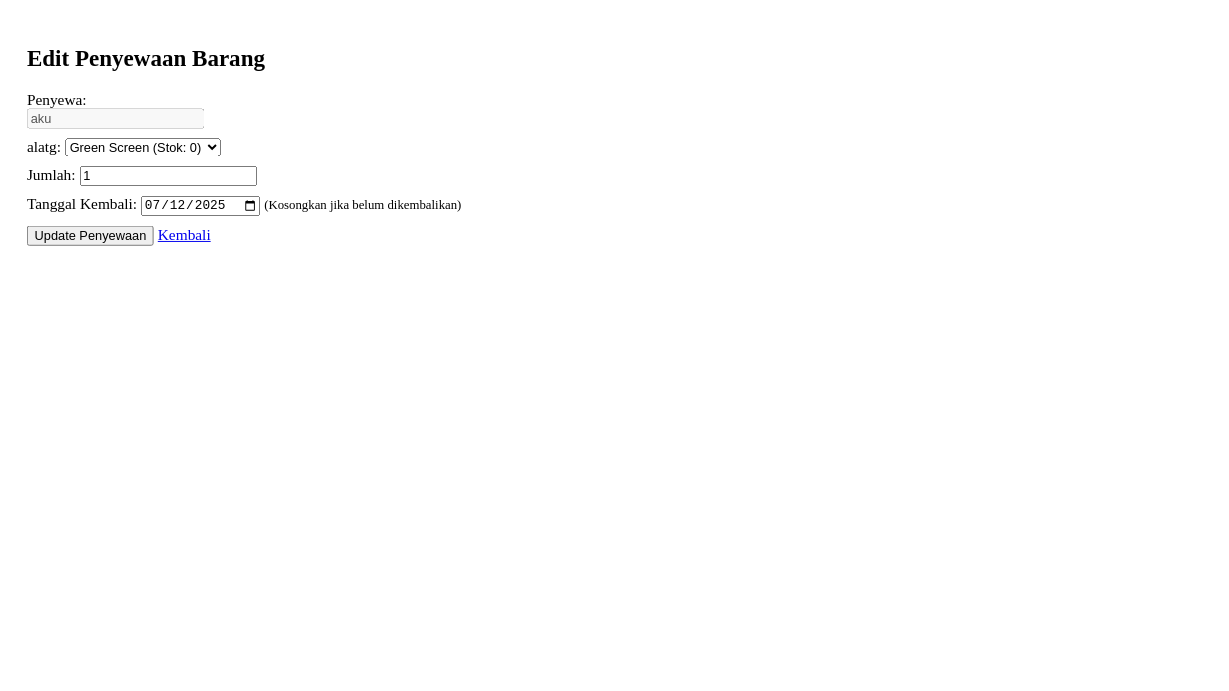
Repository: fatkquladhim/multimedia_app
Page: http://localhost/admin/penyewaan/edit-barang-penyewaan.php?id=6
These files come from the project's save history. The page is drawn as it stood at one moment and after the next save; the edit follows.
The browser window is 1280 px wide. The pictures show the whole page, at 96% of full size.
Some web libraries are served in a nearby version. The page is run by PHP 8.4 with error messages shown; the project is at /var/www/html/. The session is filled in as if someone had signed in: {"user_id": 2, "username": "asep", "role": "admin"}. Other server files are loaded and not shown. The database holds what the project's SQL file puts in it.

Above is the page before, as saved 2025-07-18 23:01:56.

### admin/penyewaan/edit-barang-penyewaan.php
<?php
session_start();
if (!isset($_SESSION['user_id']) || $_SESSION['role'] !== 'admin') {
    header('Location: ../../auth/login.php');
    exit;
}

require_once '../../includes/db_config.php';
$conn = new mysqli(DB_HOST, DB_USER, DB_PASS, DB_NAME);

// Ambil data penyewaan yang akan diedit
if (isset($_GET['id'])) {
    $id = $_GET['id'];
    $stmt = $conn->prepare("SELECT pb.*, a.nama as nama_anggota, al.nama_alat as nama_alat
                           FROM penyewaan_barang pb
                           LEFT JOIN anggota a ON pb.id_anggota = a.id
                           LEFT JOIN alat al ON pb.id_alat = al.id
                           WHERE pb.id = ?");
    $stmt->bind_param("i", $id);
    $stmt->execute();
    $result = $stmt->get_result();
    $penyewaan = $result->fetch_assoc();

    if (!$penyewaan) {
        header("Location: penyewaan-barang.php?status=error&message=Penyewaan tidak ditemukan");
        exit;
    }
}

// Ambil daftar alat untuk form edit
$query_alat = "SELECT id, nama_alat, jumlah FROM alat ORDER BY nama_alat";
$alat = $conn->query($query_alat);

// Proses form edit
if ($_SERVER['REQUEST_METHOD'] === 'POST') {
    $id = $_POST['id'];
    $id_alat_lama = $_POST['id_alat_lama'];
    $jumlah_lama = $_POST['jumlah_lama'];
    $id_alat_baru = $_POST['id_alat'];
    $jumlah_baru = $_POST['jumlah'];
    $tanggal_kembali = $_POST['tanggal_kembali'];

    // Mulai transaction
    $conn->begin_transaction();

    try {
        // Kembalikan stok lama
        $stmt = $conn->prepare("UPDATE alat SET jumlah = jumlah + ? WHERE id = ?");
        $stmt->bind_param("ii", $jumlah_lama, $id_alat_lama);
        $stmt->execute();

        // Validasi stok baru
        $stmt = $conn->prepare("SELECT jumlah FROM alat WHERE id = ?");
        $stmt->bind_param("i", $id_alat_baru);
        $stmt->execute();
        $result_stok = $stmt->get_result();
        $stok = $result_stok->fetch_assoc();

        if ($stok['jumlah'] >= $jumlah_baru) {
            // Update penyewaan
            $stmt = $conn->prepare("UPDATE penyewaan_barang SET id_alat = ?, jumlah = ?, tanggal_kembali = ? WHERE id = ?");
            $stmt->bind_param("iisi", $id_alat_baru, $jumlah_baru, $tanggal_kembali, $id);
            $stmt->execute();

            // Kurangi stok baru
            $stmt = $conn->prepare("UPDATE alat SET jumlah = jumlah - ? WHERE id = ?");
            $stmt->bind_param("ii", $jumlah_baru, $id_alat_baru);
            $stmt->execute();

            $conn->commit();
            header("Location: penyewaan-barang.php?status=success&message=Penyewaan berhasil diupdate");
            exit;
        } else {
            throw new Exception("Stok tidak mencukupi");
        }
    } catch (Exception $e) {
        $conn->rollback();
        header("Location: edit-barang-penyewaan.php?id=$id&status=error&message=" . $e->getMessage());
        exit;
    }
}
?>

<!DOCTYPE html>
<html>
<head>
    <title>Edit Penyewaan Barang</title>
    <style>
        .container { padding: 20px; }
        .form-group { margin-bottom: 10px; }
        .alert { padding: 10px; margin-bottom: 10px; border-radius: 4px; }
        .alert-success { background-color: #d4edda; color: #155724; }
        .alert-danger { background-color: #f8d7da; color: #721c24; }
    </style>
</head>
<body>
    <div class="container">
        <h2>Edit Penyewaan Barang</h2>

        <?php if (isset($_GET['status']) && isset($_GET['message'])): ?>
            <div class="alert alert-<?php echo $_GET['status'] === 'success' ? 'success' : 'danger'; ?>">
                <?php echo htmlspecialchars($_GET['message']); ?>
            </div>
        <?php endif; ?>

        <form method="POST">
            <input type="hidden" name="id" value="<?php echo $penyewaan['id']; ?>">
            <input type="hidden" name="id_alat_lama" value="<?php echo $penyewaan['id_alat']; ?>">
            <input type="hidden" name="jumlah_lama" value="<?php echo $penyewaan['jumlah']; ?>">

            <div class="form-group">
                <label>Penyewa:</label><br>
                <?php if ($penyewaan['tipe_penyewa'] === 'umum'): ?>
                    <input type="text" value="<?php echo htmlspecialchars($penyewaan['nama_penyewa']); ?>" disabled>
                <?php else: ?>
                    <input type="text" value="<?php echo htmlspecialchars($penyewaan['nama_anggota']); ?>" disabled>
                <?php endif; ?>
            </div>

            <div class="form-group">
                <label>alatg:</label>
                <select name="id_alat" required>
                    <?php
                    while($row = $alat->fetch_assoc()):
                        $selected = ($row['id'] === $penyewaan['id_alat']) ? 'selected' : '';
                    ?>
                        <option value="<?php echo $row['id']; ?>" <?php echo $selected; ?>>
                            <?php echo htmlspecialchars($row['nama_alat']); ?>
                            (Stok: <?php echo $row['jumlah'] + ($row['id'] === $penyewaan['id_alat'] ? $penyewaan['jumlah'] : 0); ?>)
                        </option>
                    <?php endwhile; ?>
                </select>
            </div>

            <div class="form-group">
                <label>Jumlah:</label>
                <input type="number" name="jumlah" value="<?php echo $penyewaan['jumlah']; ?>" min="1" required>
            </div>

            <div class="form-group">
                <label>Tanggal Kembali:</label>
                <input type="date" name="tanggal_kembali" value="<?php echo $penyewaan['tanggal_kembali']; ?>">
                <small>(Kosongkan jika belum dikembalikan)</small>
            </div>

            <button type="submit">Update Penyewaan</button>
            <a href="penyewaan-barang.php">Kembali</a>
        </form>
    </div>
</body>
</html>

<?php $conn->close(); ?>

### includes/db_config.php
<?php
// Konfigurasi database
define('DB_HOST', 'localhost');
define('DB_USER', 'root'); // ganti jika user database Anda berbeda
define('DB_PASS', '');     // ganti jika ada password database
define('DB_NAME', 'db_multimedia'); // nama database
?>

### db_multimedia (2).sql (the tables this page reads)
CREATE TABLE `alat` (
  `id` int(11) NOT NULL,
  `nama_alat` varchar(100) NOT NULL,
  `jumlah` int(11) DEFAULT 0,
  `kondisi` varchar(50) DEFAULT NULL
) ENGINE=InnoDB DEFAULT CHARSET=utf8mb4 COLLATE=utf8mb4_general_ci;

INSERT INTO `alat` (`id`, `nama_alat`, `jumlah`, `kondisi`) VALUES
(2, 'sapu', 1, 'Baik'),
(3, 'Kamera DSLR', 1, 'Baik'),
(4, 'Tripod', 8, 'Baik'),
(5, 'Lighting Set', 1, 'Baik'),
(6, 'Microphone', 2, 'Baik'),
(7, 'Green Screen', 0, 'Baik');

ALTER TABLE `alat`
  ADD PRIMARY KEY (`id`);

ALTER TABLE `alat`
  MODIFY `id` int(11) NOT NULL AUTO_INCREMENT, AUTO_INCREMENT=9;

CREATE TABLE `anggota` (
  `id` int(11) NOT NULL,
  `nama` varchar(255) NOT NULL,
  `foto` varchar(255) NOT NULL,
  `alamat` text NOT NULL,
  `email` varchar(255) NOT NULL,
  `no_hp` varchar(15) NOT NULL,
  `id_user` int(11) NOT NULL
) ENGINE=InnoDB DEFAULT CHARSET=utf8mb4 COLLATE=utf8mb4_general_ci;

INSERT INTO `anggota` (`id`, `nama`, `foto`, `alamat`, `email`, `no_hp`, `id_user`) VALUES
(21, 'adhim1', 'Feed IG Zapen (Harlah).jpg', 'maloang', 'fatquladhim@gmail.com', '8925489', 21);

ALTER TABLE `anggota`
  ADD PRIMARY KEY (`id`),
  ADD KEY `id_user` (`id_user`);

ALTER TABLE `anggota`
  MODIFY `id` int(11) NOT NULL AUTO_INCREMENT, AUTO_INCREMENT=23;

ALTER TABLE `anggota`
  ADD CONSTRAINT `anggota_ibfk_1` FOREIGN KEY (`id_user`) REFERENCES `users` (`id`) ON DELETE CASCADE;

CREATE TABLE `penyewaan_barang` (
  `id` int(11) NOT NULL,
  `id_anggota` int(11) DEFAULT NULL,
  `id_alat` int(11) DEFAULT NULL,
  `tanggal_sewa` date DEFAULT NULL,
  `tanggal_kembali` date DEFAULT NULL,
  `jumlah` int(11) DEFAULT NULL,
  `status` enum('disewa','dikembalikan') DEFAULT 'disewa',
  `biaya` decimal(10,2) DEFAULT NULL,
  `tipe_penyewa` enum('anggota','umum') DEFAULT 'anggota',
  `nama_penyewa` varchar(100) DEFAULT NULL,
  `kontak_penyewa` varchar(50) DEFAULT NULL
) ENGINE=InnoDB DEFAULT CHARSET=utf8mb4 COLLATE=utf8mb4_general_ci;

INSERT INTO `penyewaan_barang` (`id`, `id_anggota`, `id_alat`, `tanggal_sewa`, `tanggal_kembali`, `jumlah`, `status`, `biaya`, `tipe_penyewa`, `nama_penyewa`, `kontak_penyewa`) VALUES
(1, NULL, 7, '2025-07-11', '2025-07-11', 1, 'dikembalikan', 2000.00, 'umum', 'aku', '1'),
(2, NULL, 3, '2025-07-11', '2025-07-11', 1, 'dikembalikan', 12000.00, 'umum', 'aku', '1'),
(3, NULL, 3, '2025-07-11', '2025-07-11', 1, 'dikembalikan', 12000.00, 'umum', 'aku', '1'),
(4, NULL, 3, '2025-07-11', '2025-07-11', 1, 'dikembalikan', 12000.00, 'umum', 'aku', '1'),
(5, NULL, 3, '2025-07-11', '2025-07-11', 1, 'dikembalikan', 12000.00, 'umum', 'aku', '1'),
(6, NULL, 5, '2025-07-12', '2025-07-12', 1, 'dikembalikan', 12000.00, 'umum', 'aku', '1');

ALTER TABLE `penyewaan_barang`
  ADD PRIMARY KEY (`id`),
  ADD KEY `id_anggota` (`id_anggota`),
  ADD KEY `id_alat` (`id_alat`);

ALTER TABLE `penyewaan_barang`
  MODIFY `id` int(11) NOT NULL AUTO_INCREMENT, AUTO_INCREMENT=8;

ALTER TABLE `penyewaan_barang`
  ADD CONSTRAINT `penyewaan_barang_ibfk_1` FOREIGN KEY (`id_anggota`) REFERENCES `anggota` (`id`),
  ADD CONSTRAINT `penyewaan_barang_ibfk_2` FOREIGN KEY (`id_alat`) REFERENCES `alat` (`id`);

### admin/sidebar.php
    <?php
    // includes/sidebar.php
    // Pastikan session sudah dimulai di file yang meng-include ini
    // if (!isset($_SESSION['user_id']) || $_SESSION['role'] !== 'admin') {
    //     header('Location: ../auth/login.php');
    //     exit;
    // }
    ?>
    <div id="sidebar" class="w-64 bg-white dark:bg-slate-800 shadow-xl flex-shrink-0 sidebar transition-all duration-300 overflow-hidden glass-effect">
        <div class="p-4 flex items-center justify-between border-b border-light-blue-100 dark:border-slate-700">
            <div class="flex items-center space-x-3">
                <div class="w-10 h-10 bg-light-blue-500 rounded-lg flex items-center justify-center">
                    <i class="fas fa-home text-white text-xl"></i>
                </div>
                <h1 class="text-xl font-bold text-gray-800 dark:text-white">Multimedia</h1>
            </div>
            <button id="closeSidebar" class="md:hidden p-2 text-gray-500 hover:text-gray-700 dark:text-gray-400 dark:hover:text-gray-200">
                <i class="fas fa-times"></i>
            </button>
        </div>

        <nav class="mt-6 px-4">
            <div class="space-y-2">
                <a href="../dashboard.php" class="flex items-center px-4 py-3 text-light-blue-600 bg-light-blue-50 dark:bg-light-blue-900 dark:text-light-blue-300 rounded-lg sidebar-nav-item hover-scale">
                    <i class="fas fa-tachometer-alt w-5 h-5 mr-3"></i>
                    <span class="font-medium">Dashboard</span>
                </a>

                <a href="../anggota/anggota.php" class="flex items-center px-4 py-3 text-gray-600 dark:text-gray-300 hover:text-light-blue-600 dark:hover:text-light-blue-400 hover:bg-light-blue-50 dark:hover:bg-slate-700 rounded-lg sidebar-nav-item hover-scale">
                    <i class="fas fa-users w-5 h-5 mr-3"></i>
                    <span class="font-medium">Manajemen Anggota</span>
                </a>

                <a href="../daftar alat/daftar-alat.php" class="flex items-center px-4 py-3 text-gray-600 dark:text-gray-300 hover:text-light-blue-600 dark:hover:text-light-blue-400 hover:bg-light-blue-50 dark:hover:bg-slate-700 rounded-lg sidebar-nav-item hover-scale">
                    <i class="fas fa-tools w-5 h-5 mr-3"></i>
                    <span class="font-medium">Manajemen Alat</span>
                </a>

                <a href="../peminjaman/peminjaman-barang.php" class="flex items-center px-4 py-3 text-gray-600 dark:text-gray-300 hover:text-light-blue-600 dark:hover:text-light-blue-400 hover:bg-light-blue-50 dark:hover:bg-slate-700 rounded-lg sidebar-nav-item hover-scale">
                    <i class="fas fa-handshake w-5 h-5 mr-3"></i>
                    <span class="font-medium">Peminjaman Barang</span>
                </a>

                <a href="../penyewaan/penyewaan-barang.php" class="flex items-center px-4 py-3 text-gray-600 dark:text-gray-300 hover:text-light-blue-600 dark:hover:text-light-blue-400 hover:bg-light-blue-50 dark:hover:bg-slate-700 rounded-lg sidebar-nav-item hover-scale">
                    <i class="fas fa-cash-register w-5 h-5 mr-3"></i>
                    <span class="font-medium">Penyewaan Barang</span>
                </a>

                <a href="../legalisasi laptop/legalisasi_list.php" class="flex items-center px-4 py-3 text-gray-600 dark:text-gray-300 hover:text-light-blue-600 dark:hover:text-light-blue-400 hover:bg-light-blue-50 dark:hover:bg-slate-700 rounded-lg sidebar-nav-item hover-scale">
                    <i class="fas fa-laptop w-5 h-5 mr-3"></i>
                    <span class="font-medium">Legalisasi Laptop</span>
                </a>
            </div>

            <div class="mt-8 mb-4">
                <h3 class="px-4 text-xs font-semibold text-gray-500 dark:text-gray-400 uppercase tracking-wider">
                    Tugas & Izin
                </h3>
            </div>

            <div class="space-y-2">
                <a href="../beri tugas/beri_tugas_form.php" class="flex items-center px-4 py-3 text-gray-600 dark:text-gray-300 hover:text-light-blue-600 dark:hover:text-light-blue-400 hover:bg-light-blue-50 dark:hover:bg-slate-700 rounded-lg sidebar-nav-item hover-scale">
                    <i class="fas fa-clipboard-list w-5 h-5 mr-3"></i>
                    <span class="font-medium">Beri Tugas</span>
                </a>

                <a href="../beri tugas/tugas_selesai_riwayat.php" class="flex items-center px-4 py-3 text-gray-600 dark:text-gray-300 hover:text-light-blue-600 dark:hover:text-light-blue-400 hover:bg-light-blue-50 dark:hover:bg-slate-700 rounded-lg sidebar-nav-item hover-scale">
                    <i class="fas fa-check-double w-5 h-5 mr-3"></i>
                    <span class="font-medium">Riwayat Tugas</span>
                </a>

                <a href="../izin_malam/izin-malam.php" class="flex items-center px-4 py-3 text-gray-600 dark:text-gray-300 hover:text-light-blue-600 dark:hover:text-light-blue-400 hover:bg-light-blue-50 dark:hover:bg-slate-700 rounded-lg sidebar-nav-item hover-scale">
                    <i class="fas fa-moon w-5 h-5 mr-3"></i>
                    <span class="font-medium">Izin Malam</span>
                </a>

                <a href="../izin_nugas/izin-nugas.php" class="flex items-center px-4 py-3 text-gray-600 dark:text-gray-300 hover:text-light-blue-600 dark:hover:text-light-blue-400 hover:bg-light-blue-50 dark:hover:bg-slate-700 rounded-lg sidebar-nav-item hover-scale">
                    <i class="fas fa-book-open w-5 h-5 mr-3"></i>
                    <span class="font-medium">Izin Nugas</span>
                </a>
            </div>

            <div class="mt-8 mb-4">
                <h3 class="px-4 text-xs font-semibold text-gray-500 dark:text-gray-400 uppercase tracking-wider">
                    Keuangan
                </h3>
            </div>

            <div class="space-y-2">
                <a href="../uang masuk/masuk.php" class="flex items-center px-4 py-3 text-gray-600 dark:text-gray-300 hover:text-light-blue-600 dark:hover:text-light-blue-400 hover:bg-light-blue-50 dark:hover:bg-slate-700 rounded-lg sidebar-nav-item hover-scale">
                    <i class="fas fa-money-bill-alt w-5 h-5 mr-3"></i>
                    <span class="font-medium">Uang Masuk</span>
                </a>

                <a href="../uang keluar/keluar.php" class="flex items-center px-4 py-3 text-gray-600 dark:text-gray-300 hover:text-light-blue-600 dark:hover:text-light-blue-400 hover:bg-light-blue-50 dark:hover:bg-slate-700 rounded-lg sidebar-nav-item hover-scale">
                    <i class="fas fa-money-bill-wave w-5 h-5 mr-3"></i>
                    <span class="font-medium">Uang Keluar</span>
                </a>
            </div>

            <div class="mt-8 mb-4">
                <h3 class="px-4 text-xs font-semibold text-gray-500 dark:text-gray-400 uppercase tracking-wider">
                    Akun
                </h3>
            </div>

            <div class="space-y-2">
                <a href="../auth/logout.php" class="flex items-center px-4 py-3 text-red-600 dark:text-red-400 hover:text-red-700 dark:hover:text-red-300 hover:bg-red-50 dark:hover:bg-red-900 rounded-lg sidebar-nav-item hover-scale">
                    <i class="fas fa-sign-out-alt w-5 h-5 mr-3"></i>
                    <span class="font-medium">Logout</span>
                </a>
            </div>
        </nav>
    </div>

Loaded but not shown: admin/header.php (172 lines, source omitted)

After the next save:
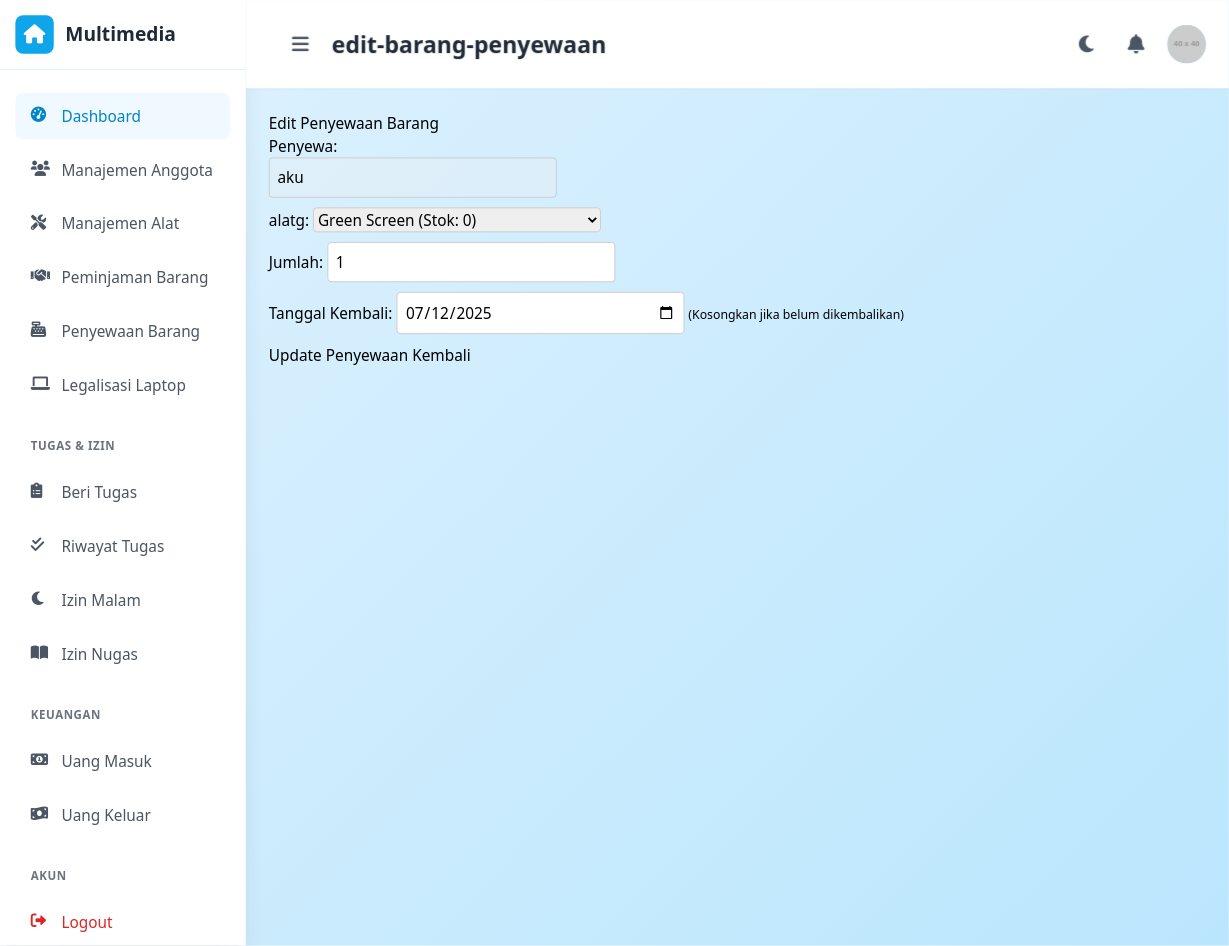
Saved 12 s later.
--- a/admin/penyewaan/edit-barang-penyewaan.php
+++ b/admin/penyewaan/edit-barang-penyewaan.php
@@ -79,21 +79,9 @@ if ($_SERVER['REQUEST_METHOD'] === 'POST') {
         exit;
     }
 }
-?>
 
-<!DOCTYPE html>
-<html>
-<head>
-    <title>Edit Penyewaan Barang</title>
-    <style>
-        .container { padding: 20px; }
-        .form-group { margin-bottom: 10px; }
-        .alert { padding: 10px; margin-bottom: 10px; border-radius: 4px; }
-        .alert-success { background-color: #d4edda; color: #155724; }
-        .alert-danger { background-color: #f8d7da; color: #721c24; }
-    </style>
-</head>
-<body>
+include '../header.php'; // Path relatif dari 'anggota/'?>
+
     <div class="container">
         <h2>Edit Penyewaan Barang</h2>
 
